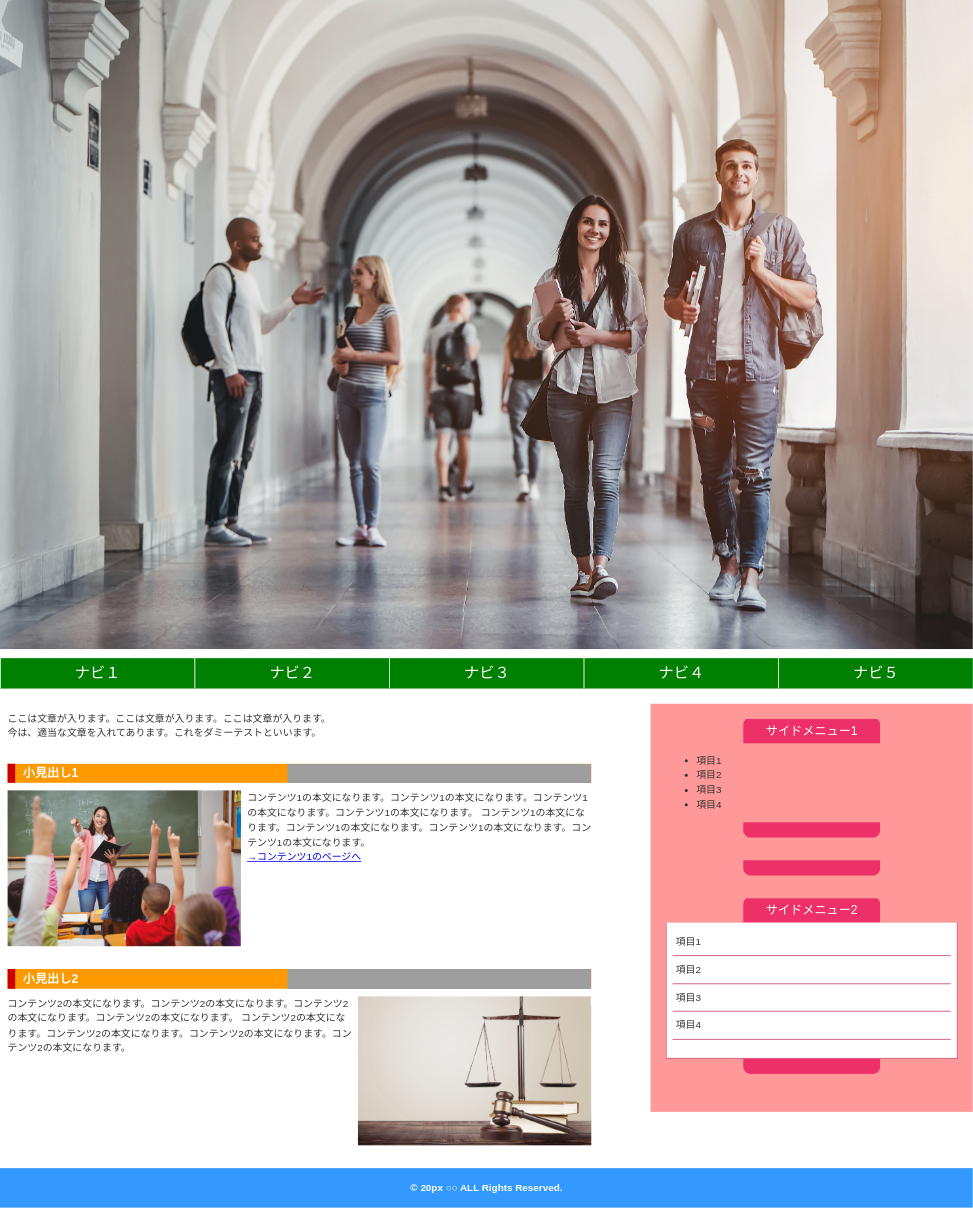
Repository: furuikekanako/samurai_HTML-CSS
Page: home.html
The author's editor kept a record of every edit. The page is drawn from the files as they stood at one moment, then again after the next edit.
The browser window is 1280 px wide. The pictures show the whole page, at 76% of full size.
Pictures or frames that could not be fetched are drawn as grey boxes.

Above is the page before.

### home.html
<!DOCTYPE html>
<html lang="ja">
  <head>
    <meta charset="UTF-8">
    <title>HTML/CSSの学習</title>
    <link rel="stylesheet" href="stylesheet.css">
  </head>
  <body>
    <div id="header">
      <h1><a href="index.html"><img id="corridor" src="images/corridor.jpg"alt="大学の廊下"/></a></h1>
    </div>
    <div id="wrapper">
      <div id="nav">
        <ul>
          <li><a href="home.html">ナビ１</a></li>
          <li><a href="#">ナビ２</a></li>
          <li><a href="#">ナビ３</a></li>
          <li><a href="#">ナビ４</a></li>
          <li><a href="#">ナビ５</a></li>
        </ul>
      </div>
        <div id="container">
          <div id="main">
            <div class="post">
              <p>ここは文章が入ります。ここは文章が入ります。ここは文章が入ります。<br />今は、適当な文章を入れてあります。これをダミーテストといいます。</p>
            </div>
            <div class="post clearfix">
              <h2>小見出し1</h2>
              <img class="left" src="images/classroom.jpg" alt="授業風景"/>
              <p>
                コンテンツ1の本文になります。コンテンツ1の本文になります。コンテンツ1の本文になります。コンテンツ1の本文になります。
                コンテンツ1の本文になります。コンテンツ1の本文になります。コンテンツ1の本文になります。コンテンツ1の本文になります。
              </p>
              <p><a href="#">→コンテンツ1のページへ</a></p>
            </div>
            <div class="post clearfix">
              <h2>小見出し2</h2>
              <img class="right" src="images/scale.jpg" alt="天秤"/>
              <p>
                コンテンツ2の本文になります。コンテンツ2の本文になります。コンテンツ2の本文になります。コンテンツ2の本文になります。
                コンテンツ2の本文になります。コンテンツ2の本文になります。コンテンツ2の本文になります。コンテンツ2の本文になります。
              </p>
            </div>
          </div>
            <div id="side">
              <div class="box">
                <h2>サイドメニュー1</h2>
                <div class="box">
                  <ul>
                    <li>項目1</li>
                    <li>項目2</li>
                    <li>項目3</li>
                    <li>項目4</li>
                  </ul>
                </div>
              </div>
              <div class="box">
                <h2>サイドメニュー2</h2>
                <div class="boxBody">
                  <ul>
                    <li>項目1</li>
                    <li>項目2</li>
                    <li>項目3</li>
                    <li>項目4</li>
                  </ul>
                </div>
              </div>
            </div>
        </div>
    </div>
    <div id="footer">
      <p>&copy; 20px ○○ ALL Rights Reserved.</p>
    </div>
  </body>
</html>

### stylesheet.css
@charset "utf-8";

body {
	margin: 0;
	padding: 0;
	font-family: "ヒラギノ角ゴ Pro W3", "Hiragino Kaku Gothic Pro", "メイリオ", Meiryo, Osaka, "ＭＳ Ｐゴシック", "MS PGothic", sans-serif;
	color: #333;
	font-size: 13px;
	line-height: 150%;
}

/* -------------------- wrapper -------------------- */
#wrapper {
	width: 100%;
	margin: auto;
	padding: 0px;
	border: 0px;
	background-color: #FFF;
	top:10px;
	position:relative;
}
/*-------------------- header ---------------------*/
#header{
    width:100%;
}
#header h1{
    margin:0;
    padding:0;
}
#corridor{
    width:100%;
    height:auto;
}
/*-------------------- footer --------------------*/
#footer{
    clear:both;
    width:100%;
    padding: 3px 0 3px 0;
    background:#39F;
    color:#FFF;
    font-weight:bold;
    text-align:center;
}
/*-------------------- nav -----------------------*/
#nav{
    width:100%;
}
#nav ul{
    margin:0;
    padding:0;
    list-style-type:none;
}
#nav ul li{
    float:left;
    width:20%;
    text-align:center;
}
#nav ul li a {
    display:block;
    height:20px;
    margin:0;
    padding:10px;
    color:#FFF;
    font-size:20px;
    text-decoration:none;
    background-color:green;
border-left:1px solid white;
}

#nav ul li a:hover{
    filter: drop-shadow(10px 10px 10px black);
}
/*--------------------container--------------------------*/
#container{
    width:100%;
    margin:auto;
    padding-top:20px;
    clear:both;
}
/*--------------------main---------------------------*/
#main{
    float:left;
    width:60%;
    padding:10px 30px 10px 10px;
}
#main h2{
    margin: 0 0 10px 0;
    padding:3px 10px 3px 10px;
    color:#FFF;
    font-size:16px;
    border-left:solid 10px #C00;
    background:#F90 url(../images/main_h2.jpg)right top repeat-y;
}
#main p{
    margin:0;
    padding:0;
}
#main .post{
    margin:0 0 30px 0;
}
#main .post img.right{
    margin:0 0 0 8px;
}
#main .post img.left{
    margin:0 8px 0 0;
}
.right{
    float:right;
    width:40%;
    height:auto;
}
.left{
    float:left;
    width:40%;
    height:auto;
}
/*--------------------clearfix--------------------------*/
.clearfix{
    zoom: 1;
}
.clearfix:after{
    content:"";
    display:block;
    clear:both;
}
/*-----------------------side-----------------------------*/
#side {
    float:right;
    width:30%;
    padding:20px;
    background-color:#F99;
}
#side .box{
    margin: 0 auto 30px auto;
    padding: 0 0 20px 0;
    background:url(images/side_box.png)bottom no-repeat;
}
#side .box h2{
    margin:0;
    padding:8px;
    text-align:center;
    color:#fff;
    font-size:16px;
    line-height:16px;
    font-weight:normal;
    background:url(images/side_box_h2.png) center no-repeat;
}
#side .box .boxBody{
    padding:8px;
    border-right:solid 1px #C36;
    border-bottom:solid 1px #C36;
    border-left:solid 1px #C36;
    background:#fff;
}
#side .box .boxBody ul{
    margin: 0 0 16px 0;
    padding:0;
}
#side .box .boxBody ul li{
    padding: 8px 0 8px 4px;
    list-style:none;
    border-bottom:solid 1px #C36;
}

#side .box .boxbody ul li*hover{
    padding: 8px 0 8px 4px;
    list-
}

After the next edit:
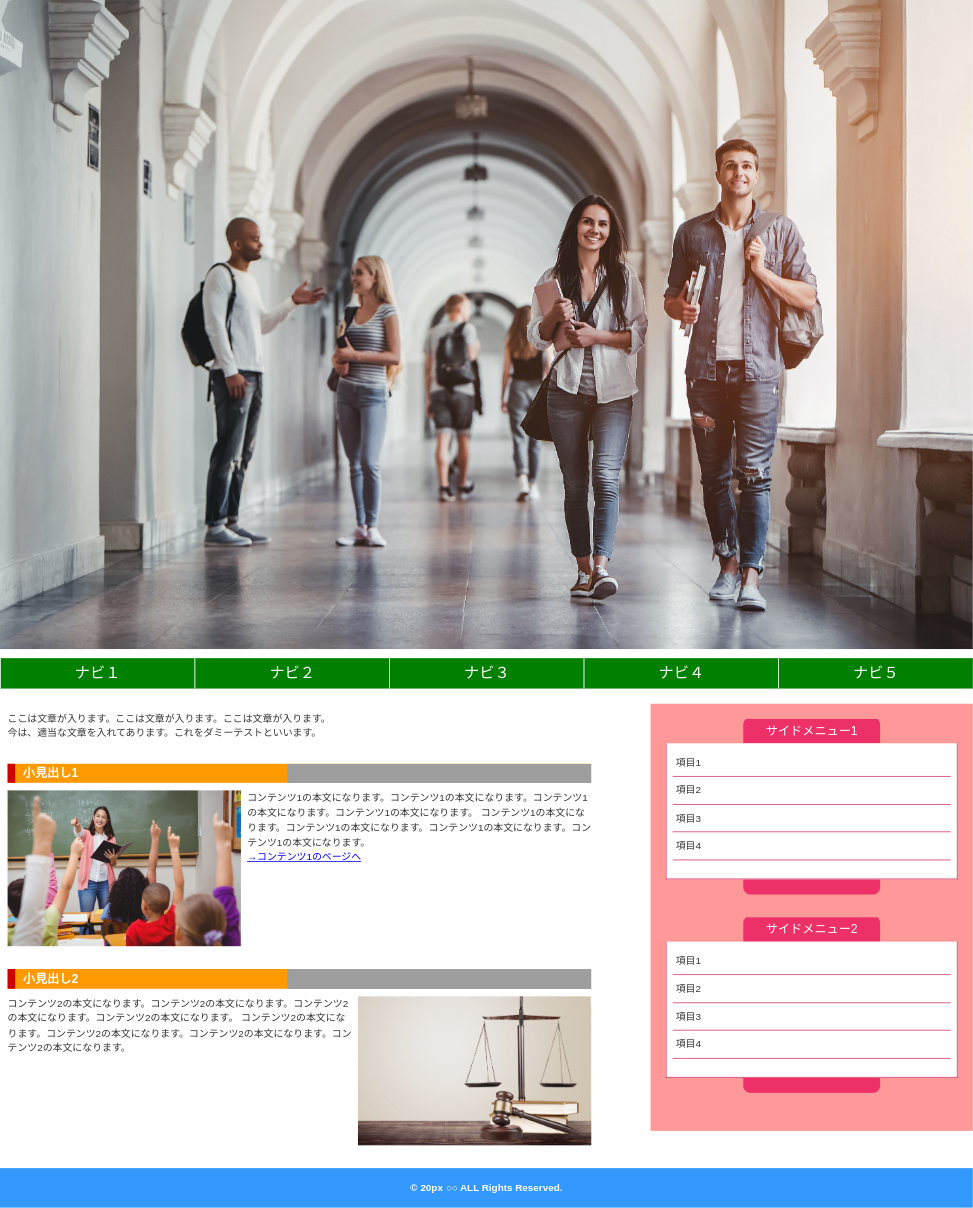
The edit:
--- a/home.html
+++ b/home.html
@@ -45,7 +45,7 @@
             <div id="side">
               <div class="box">
                 <h2>サイドメニュー1</h2>
-                <div class="box">
+                <div class="boxBody">
                   <ul>
                     <li>項目1</li>
                     <li>項目2</li>
